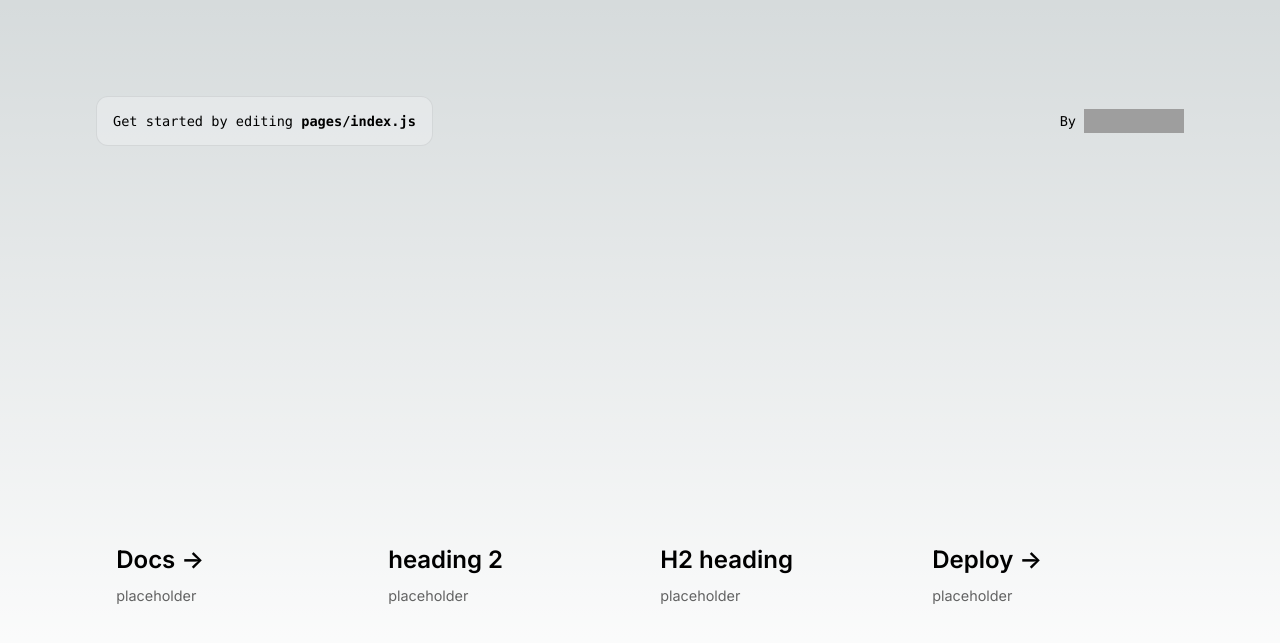
Repository: ajenstory/jencorbett.dev
Page: / (app in app/)
These files come from the project's save history. The page is drawn as it stood at one moment and after the next save; the edit follows.
The browser window is 1280 px wide. The pictures show the whole page.
Pictures or frames that could not be fetched are drawn as grey boxes. The project was rebuilt for these pictures with package versions that can differ from the ones it lists, and the page was loaded fresh each time. The framework's server and built-in components were replaced by stand-ins that run in the browser. Also part of the build but not shown: app/next.config.js.

Above is the page before, as saved 2023-03-18 17:55:43.

After the next save:
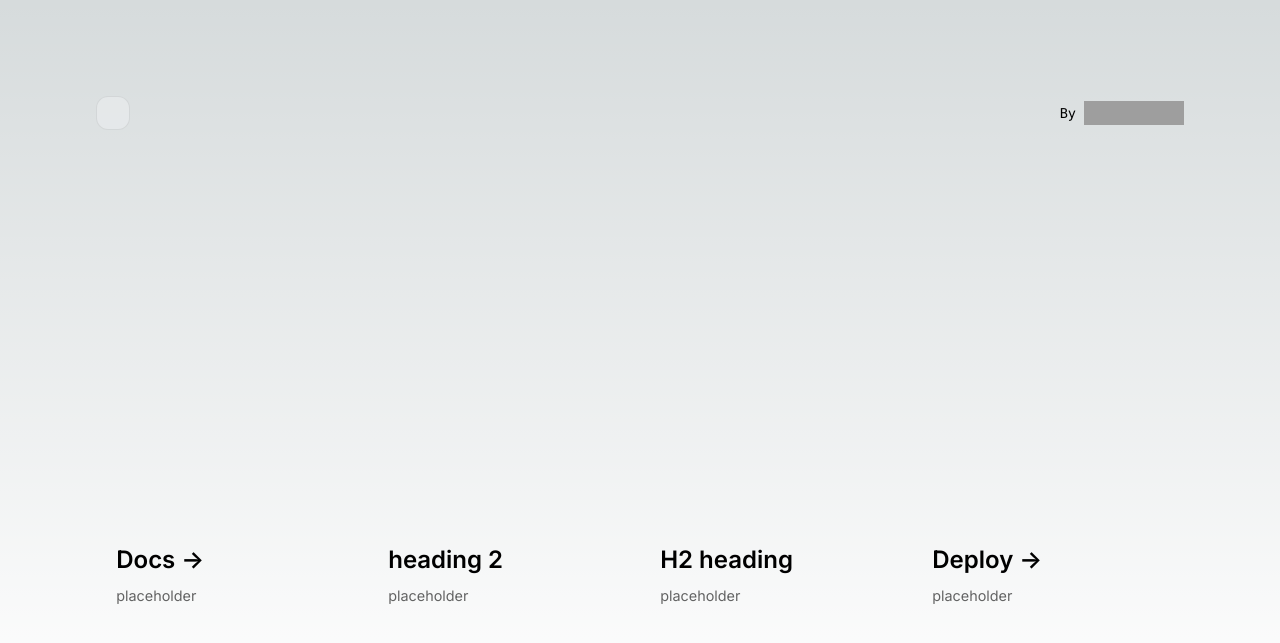
Saved 11 s later.
--- a/app/pages/index.js
+++ b/app/pages/index.js
@@ -17,8 +17,7 @@
       <main className={styles.main}>
         <div className={styles.description}>
           <p>
-            Get started by editing&nbsp;
-            <code className={styles.code}>pages/index.js</code>
+
           </p>
           <div>
             <a

After the save that followed:
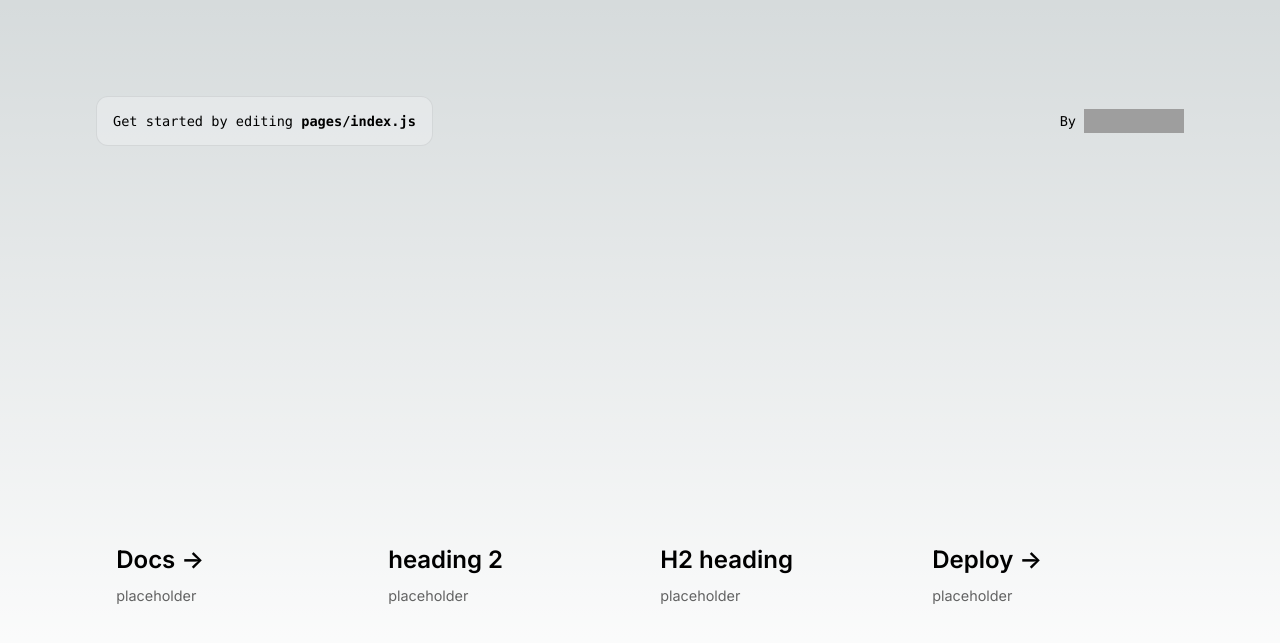
Saved 4 s later.
--- a/app/pages/index.js
+++ b/app/pages/index.js
@@ -17,7 +17,8 @@
       <main className={styles.main}>
         <div className={styles.description}>
           <p>
-
+            Get started by editing&nbsp;
+            <code className={styles.code}>pages/index.js</code>
           </p>
           <div>
             <a
